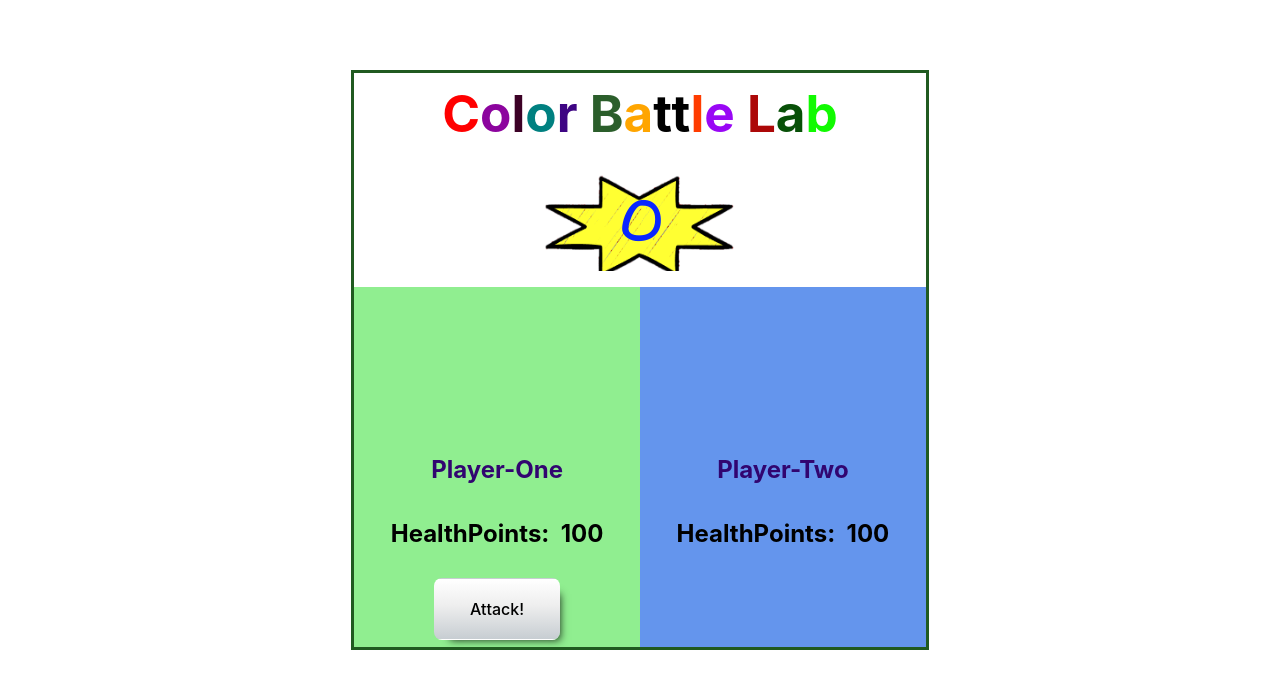
Repository: RAWdevX21/color-battle_lab-build
Page: /
An editor plug-in stored every save of this project. The page is shown before and after the next save, followed by the edit.
The browser window is 1280 px wide. The pictures show the whole page.
Some web fonts or font styles are not loaded; a fallback is used. The project was rebuilt for these pictures with package versions that can differ from the ones it lists, and the page was loaded fresh each time. Also part of the build but not shown: vite.config.js.

Above is the page before, as saved 2023-08-17 09:39:09.

After the next save:
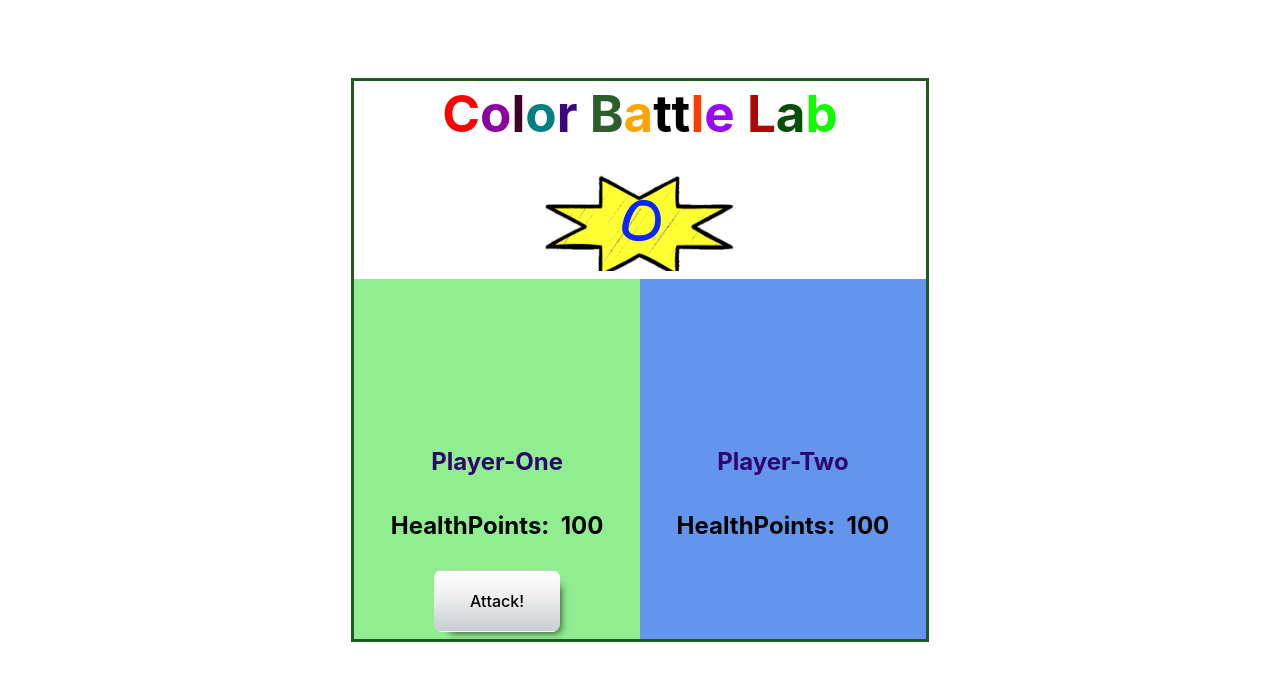
Saved 63 s later.
--- a/src/Components/GameBanner.css
+++ b/src/Components/GameBanner.css
@@ -1,6 +1,6 @@
 .banner {
     text-align: center;
-    padding: 1em 5.5rem;
+    padding: .5em 5.5rem;
     background-color: #ffffff;
     color: black;
 }

After the save that followed:
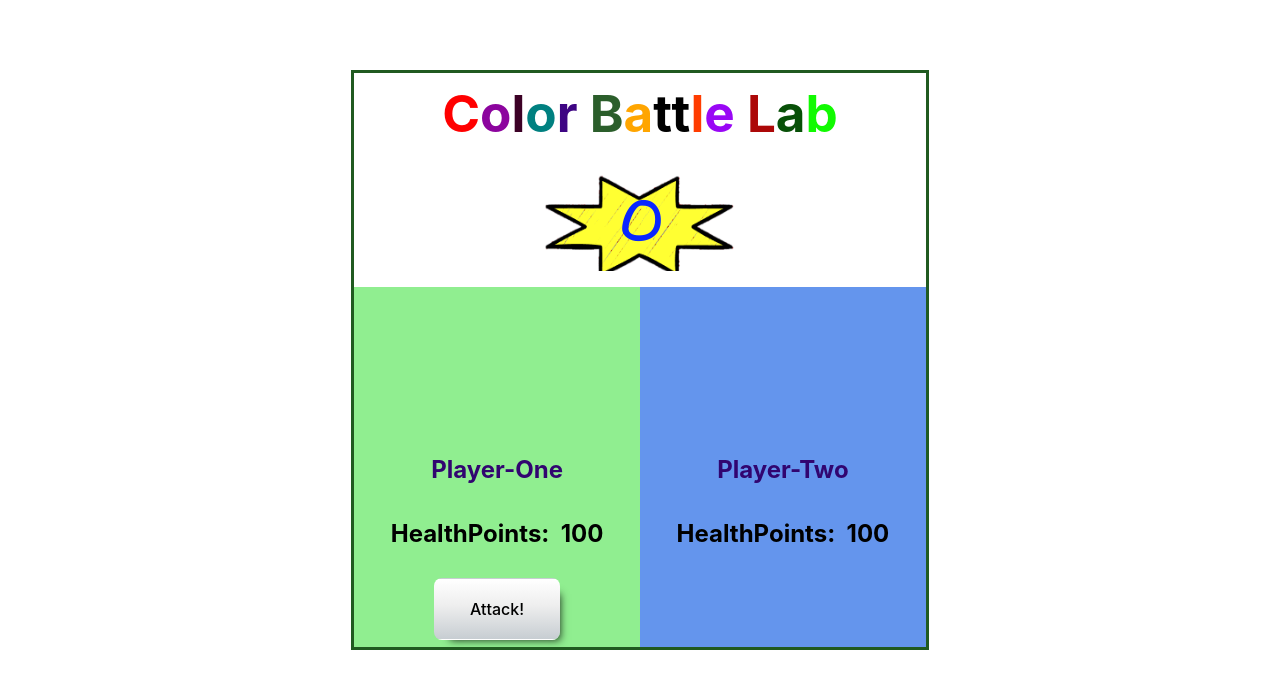
Saved 10 s later.
--- a/src/Components/GameBanner.css
+++ b/src/Components/GameBanner.css
@@ -1,6 +1,6 @@
 .banner {
     text-align: center;
-    padding: .5em 5.5rem;
+    padding: 1em 5.5rem;
     background-color: #ffffff;
     color: black;
 }
